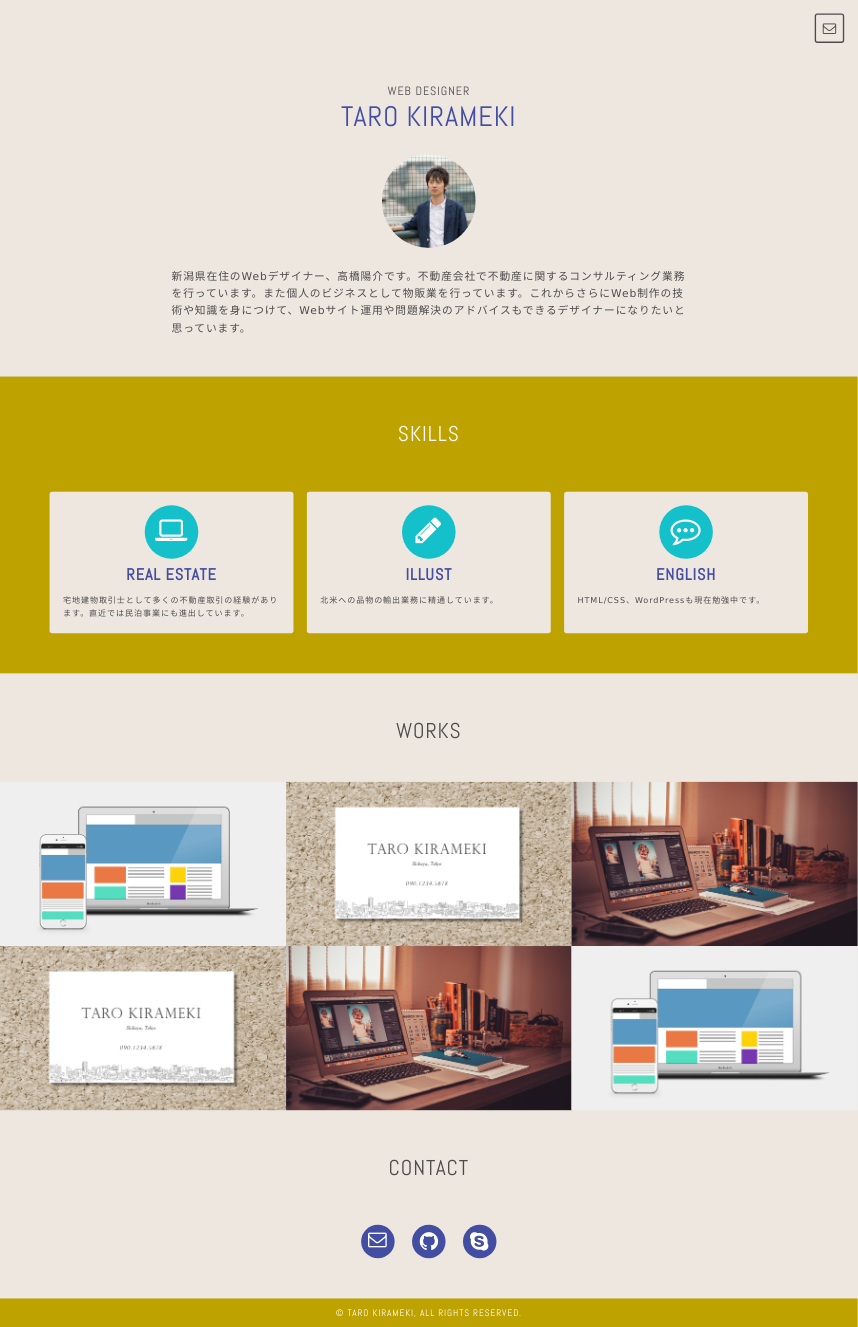
Repository: ysktkhs/responsive-site
Page: environment/portfolio/index.html
The author's editor kept a record of every edit. The page is drawn from the files as they stood at one moment, then again after the next edit.
The browser window is 1280 px wide. The pictures show the whole page, at 67% of full size.
Some web libraries are served in a nearby version.

Above is the page before.

### environment/portfolio/index.html
<!DOCTYPE html>
<html lang="ja">

<head>
    <meta charset="utf-8">
    <title>Web Designer - Yosuke Takahashi</title>
    <meta name="description" content="Webデザイナー 高橋陽介のポートフォリオサイトです。東京を中心に活動しています。">
    <meta name="keywords" content="Web, デザイン, デザイナー, ポートフォリオ, Web制作">
    <link rel="stylesheet" href="https://cdnjs.cloudflare.com/ajax/libs/meyer-reset/2.0/reset.css">
    <link rel="stylesheet" href="./css/style.css">
    <link rel="stylesheet" href="https://maxcdn.bootstrapcdn.com/font-awesome/4.7.0/css/font-awesome.min.css">
</head>

<body>
    <header>
        <a href="#contact" class="button-contact"><i class="fa fa-envelope-o" aria-label="お問い合わせ"></i></a>
        <div class="profile">
            <h1 class="site-title abel uppercase text-center">Web Designer <span>Taro Kirameki</span></h1>
            <img src="./images/img_profile.jpg" alt="プロフィール写真" width="140" height="140" class="block-center profile-icon">

            <p>新潟県在住のWebデザイナー、高橋陽介です。不動産会社で不動産に関するコンサルティング業務を行っています。また個人のビジネスとして物販業を行っています。これからさらにWeb制作の技術や知識を身につけて、Webサイト運用や問題解決のアドバイスもできるデザイナーになりたいと思っています。</p>
        </div>
    </header>
    <main>
        <section id="skills">
            <h2 class="text-center">Skills</h2>
            <div class="container">
                <div class="skill-box">
                    <i aria-hidden="true" class="skill-icon fa fa-laptop"></i>
                    <h3 class="text-center">Real Estate</h3>
                    <p>宅地建物取引士として多くの不動産取引の経験があります。直近では民泊事業にも進出しています。</p>
                </div>
                <div class="skill-box">
                    <i aria-hidden="true" class="skill-icon fa fa-pencil"></i>
                    <h3 class="text-center">Illust</h3>
                    <p>北米への品物の輸出業務に精通しています。</p>
                </div>
                <div class="skill-box">
                    <i aria-hidden="true" class="skill-icon fa fa-commenting-o"></i>
                    <h3 class="text-center">English</h3>
                    <p>HTML/CSS、WordPressも現在勉強中です。</p>
                </div>

            </div>
        </section>
        <section id="works">
            <h2 class="text-center">Works</h2>
            <div class="works-box">
                <a href="#">
                <img src="./images/img_work_site.png" alt="株式会社きらめき コーポレートサイト様 Webサイトデザイン">
                <div class="works-box-inner">
                    <div class="text-center">
                        <h3>株式会社きらめき コーポレートサイト</h3>
                        <small>2016.04.20</small>
                        <span class="button-readmore">Read More</span>
                    </div>
                </div>
            </a>
            </div>
            <div class="works-box">
                <a href="#">
                <img src="./images/img_work_card.jpg" alt="きらめき太郎様 名刺デザイン">
                <div class="works-box-inner">
                    <div class="text-center">
                        <h3>きらめき太郎様 名刺</h3>
                        <small>2016.04.20</small>
                        <span class="button-readmore">Read More</span>
                    </div>
                </div>
            </a>
            </div>
            <div class="works-box">
                <a href="#">
                <img src="./images/img_work_blog.jpg" alt="WordPressオリジナルテーマ">
                <div class="works-box-inner">
                    <div class="text-center">
                        <h3>ブログデザイン</h3>
                        <small>2016.04.20</small>
                        <span class="button-readmore">Read More</span>
                    </div>
                </div>
            </a>
            </div>
            <div class="works-box">
                <a href="#">
                <img src="./images/img_work_card.jpg" alt="きらめき太郎様 名刺デザイン">
                <div class="works-box-inner">
                    <div class="text-center">
                        <h3>きらめき太郎様 名刺</h3>
                        <small>2016.04.20</small>
                        <span class="button-readmore">Read More</span>
                    </div>
                </div>
            </a>
            </div>
            <div class="works-box">
                <a href="#">
                <img src="./images/img_work_blog.jpg" alt="WordPressオリジナルテーマ">
                <div class="works-box-inner">
                    <div class="text-center">
                        <h3>ブログデザイン</h3>
                        <small>2016.04.20</small>
                        <span class="button-readmore">Read More</span>
                    </div>
                </div>
            </a>
            </div>
            <div class="works-box">
                <a href="#">
                <img src="./images/img_work_site.png" alt="株式会社きらめき コーポレートサイト様 Webサイトデザイン">
                <div class="works-box-inner">
                    <div class="text-center">
                        <h3>株式会社きらめき コーポレートサイト</h3>
                        <small>2016.04.20</small>
                        <span class="button-readmore">Read More</span>
                    </div>
                </div>
            </a>
            </div>

        </section>
        <section id="contact">
            <h2 class="text-center">Contact</h2>
            <ul>
          <li><a href="mailto:xxx@techacademy.jp"><i aria-label="メール" class="fa fa-envelope-o"></i></a></li>
          <li class="github"><a href="#"><i aria-label="GitHub" class="fa fa-github"></i></a></li>
          <li class="skype"><a href="#"><i aria-label="Skype" class="fa fa-skype"></i></a></li>
        </ul>
        </section>
    </main>
    <footer>
         <small class="text-center abel uppercase">&copy; Taro Kirameki, All Rights Reserved.</small>
    </footer>
</body>

</html>

### environment/portfolio/css/style.css
/* 文字コードの指定
------------------------------------------------------------*/
@charset "UTF-8";

/* Google Fonts用のCSSを読み込み
------------------------------------------------------------*/
@import 'https://fonts.googleapis.com/css?family=Abel';
body {
    font-family: 'Abel', sans-serif;
}
html
{
    font-size: 62.5%; /* ベースとなるフォントサイズの定義 */
}

body
{
    font-family: '游ゴシック', YuGothic, 'メイリオ', Verdana, 'Hiragino Kaku Gothic ProN', Meiryo, sans-serif; /* フォントの種類 */
    font-size: 1.4rem; /* フォントサイズ */
    line-height: 1.6; /* 行間 */

    letter-spacing: .1em;　/* 文字間隔 */

    color: #4c4c4c; /* 文字色 */
    background-color: #eee7e0; /* 背景色 */
}
html /* root */
{
    font-size: 62.5%; /* =10px =100% */
}

body {
 /* すべて14px
------------------------------------------------------------*/
    font-size: 14px;
    font-size: 140%;
    font-size: 1.4em;
    font-size: 1.4rem;
}

h1 {
    font-size: 20px; /* そのまま20px */
    font-size: 200%; /* 親要素bodyの14pxを基準に200% =28px */
    font-size: 2em; /* 親要素bodyの14pxを基準に2倍 =28px */
    font-size: 2rem; /* rootの10pxを基準に2倍 =20px */
}

div {
    font-size: 12px; /* そのまま12px */
    font-size: 120%; /* 親要素bodyの14pxを基準に120% =16.8px(約17px) */
    font-size: 1.2em; /* 親要素bodyの14pxを基準に1.2倍 =16.8px(約17px) */
    font-size: 1.2rem; /* rootの10pxを基準に1.2倍 =12px */
}
div p {
    font-size: 12px; /* そのまま12px */
    font-size: 120%; /* 親要素divの17pxを基準に120% =20.4px(約20px) */
    font-size: 1.2em; /* 親要素divの17pxを基準に1.2倍 =20.4px(約20px) */
    font-size: 1.2rem; /* rootの10pxを基準に1.2倍 =12px */
}
body {
    color: #4c4c4c; /* 文字色 */
    background-color: #eee7e0; /* 背景色 */
}
.button-contact
{
    font-size: 20px; /* フォントサイズ */
    line-height: 0; /* 行の高さ */

    display: block; /* ブロック要素のように扱う */
    float: right; /* 要素を右寄せ */

    width: 20px; /* 幅 */
    height: 20px; /* 高さ */
    margin: 20px 20px 0 0; /* 要素の外側の余白 */
    padding: 10px; /* 要素の内側の余白 */

    text-align: center; /* テキストの中央寄せ */

    color: #4c4c4c; /* 文字色 */
    border: 2px solid #4c4c4c; /* ボーダー */
    -webkit-border-radius: 4px; /* 角丸 */
       -moz-border-radius: 4px;
            border-radius: 4px;
}
.uppercase,
section h2,
#skills h3,
#works .works-box a .works-box-inner .button-readmore
{
    text-transform: uppercase;
}
.text-center {
    text-align: center;
}
.abel {
    font-family: 'Abel', sans-serif; /* Google Fontsの指定 */
}


header .profile
{
    clear: both; /* 上のメールボタンのfloatを解除 */

    width: 60%;
    margin: 0 auto; /* ボックスを中央寄せ */
    padding: 60px 0;
}
header .site-title
{
    font-size: 1.8rem;
    line-height: normal;
}
header .site-title span
{
    font-size: 4.2rem;

    display: block;

    color: #434da2;
}
.block-center {
    display: block;
    margin-left: auto;
    margin-right: auto;
}


header .profile-icon
{
    margin: 30px auto;

    -webkit-border-radius: 50%;
       -moz-border-radius: 50%;
            border-radius: 50%;
}
header p
{
    font-size: 1.6rem;
}
section
{
    padding: 60px 0; /* section要素の余白を上下60pxで揃える */
}
section .container
{
    width: 90%; /* sectionの中のインナーボックスをウィンドウ幅に対して90%に */
}
section h2
{
    font-size: 3.2rem;/* section要素見出しを32pxで揃える */
}
.block-center,
section .container
{
    display: block;

    margin-right: auto;
    margin-left: auto;
}

.abel,
section h2
{
    font-family: 'Abel', sans-serif;
}

.uppercase,
section h2
{
    text-transform: uppercase;
}
#skills
{
    background-color: #bea300;
}
#skills .container
{
    display: -webkit-flex;
    display:         flex;

    justify-content: space-between;
}
#skills h2
{
    margin-bottom: 60px;
    color: #fdfcf6;
}
#skills .skill-box
{
    -webkit-box-sizing: border-box;
       -moz-box-sizing: border-box;
            box-sizing: border-box;
    -webkit-flex: 1;
            flex: 1;
    margin: 0px 10px;
    padding: 20px;

    -webkit-border-radius: 4px;
       -moz-border-radius: 4px;
            border-radius: 4px;
    background-color: #eee7e0;
}
#skills i
{
    font-size: 4.5rem;

    -webkit-box-sizing: border-box;
       -moz-box-sizing: border-box;
            box-sizing: border-box;
    width: 80px;
    height: 80px;
    margin-bottom: 5px;
    padding-top: 15px;

    text-align: center;

    color: #fff;
    -webkit-border-radius: 50%;
       -moz-border-radius: 50%;
            border-radius: 50%;
    background-color: #14c0c9;
}
#skills h3
{
    font-size: 2.4rem;
    font-weight: bold;

    margin-bottom: 10px;

    color: #434da2;
}
.block-center,
section .container,
#skills i
{
    display: block;

    margin-right: auto;
    margin-left: auto;
}
#works
{
    padding-bottom: 0;
}

#works h2
{
    margin-bottom: 50px;
}

#works .works-box
{
    float: left;

    width: 33.33333%;
    height: 100%;
}

#works::after
{
    display: block;
    clear: both;

    content: '';
}
#works .works-box a
{
    position: relative;

    display: block;
}
#works .works-box a .works-box-inner
{
    position: absolute;
    top: 0;
    left: 0;

    display: none;

    height: 100%;

    color: #fff;
    background-color: rgba(0, 0, 0, .7);
}
#works .works-box a .works-box-inner div
{
    position: absolute;
    top: 0;
    right: 0;
    bottom: 0;
    left: 0;

    height: 40%;
    margin: auto;
    padding: 10px 20px;
}
#works .works-box a .works-box-inner h3
{
    font-size: 1.6rem;
    font-weight: bold;

    margin: 0 0 5px;
}
#works .works-box a .works-box-inner small
{
    font-size: 1rem;

    display: block;

    margin-bottom: 15px;
}
#works .works-box a .works-box-inner .button-readmore
{
    font-size: 1rem;
    font-weight: bold;

    display: block;

    width: 180px;
    margin: auto;
    padding: 5px 0;

    text-align: center;

    color: #fff;
    -webkit-border-radius: 4px;
       -moz-border-radius: 4px;
            border-radius: 4px;
    background-color: #14c0c9;
}
#works .works-box img
{
    display: block;

    max-width: 100%;
}
.abel,
section h2,
#skills h3,
#works .works-box a .works-box-inner .button-readmore
{
    font-family: 'Abel', sans-serif;
}

.uppercase,
section h2,
#skills h3,
#works .works-box a .works-box-inner .button-readmore
{
    text-transform: uppercase;
}
#works .works-box a:hover .works-box-inner
{
    display: block;

    width: 100%;
}

#works .works-box a .works-box-inner .button-readmore:hover
{
    background-color: #0f949b;
}
#contact ul
{
    margin-top: 60px;

    text-align: center;
}
#contact ul li
{
    font-size: 2.8rem;

    display: inline-block;

    -webkit-box-sizing: border-box;
       -moz-box-sizing: border-box;
            box-sizing: border-box;
    margin-right: 20px;

    text-align: center;
    vertical-align: top;
}
#contact ul li:last-child
{
    margin-right: 0;
}
#contact ul .github,
#contact ul .skype
{
    font-size: 3.2rem;
}
#contact ul .github i
{
    margin-left: 2px;
}
#contact ul a
{
    display: block;

    width: 50px;
    height: 50px;

    color: #fff;
    -webkit-border-radius: 50%;
       -moz-border-radius: 50%;
            border-radius: 50%;
    background-color: #434da2;
}
#contact ul a:hover
{
    background-color: #434da2;
}
footer
{
    padding: 10px 0;

    text-align: center;

    color: #fff;
    background-color: #bea300;
}

After the next edit:
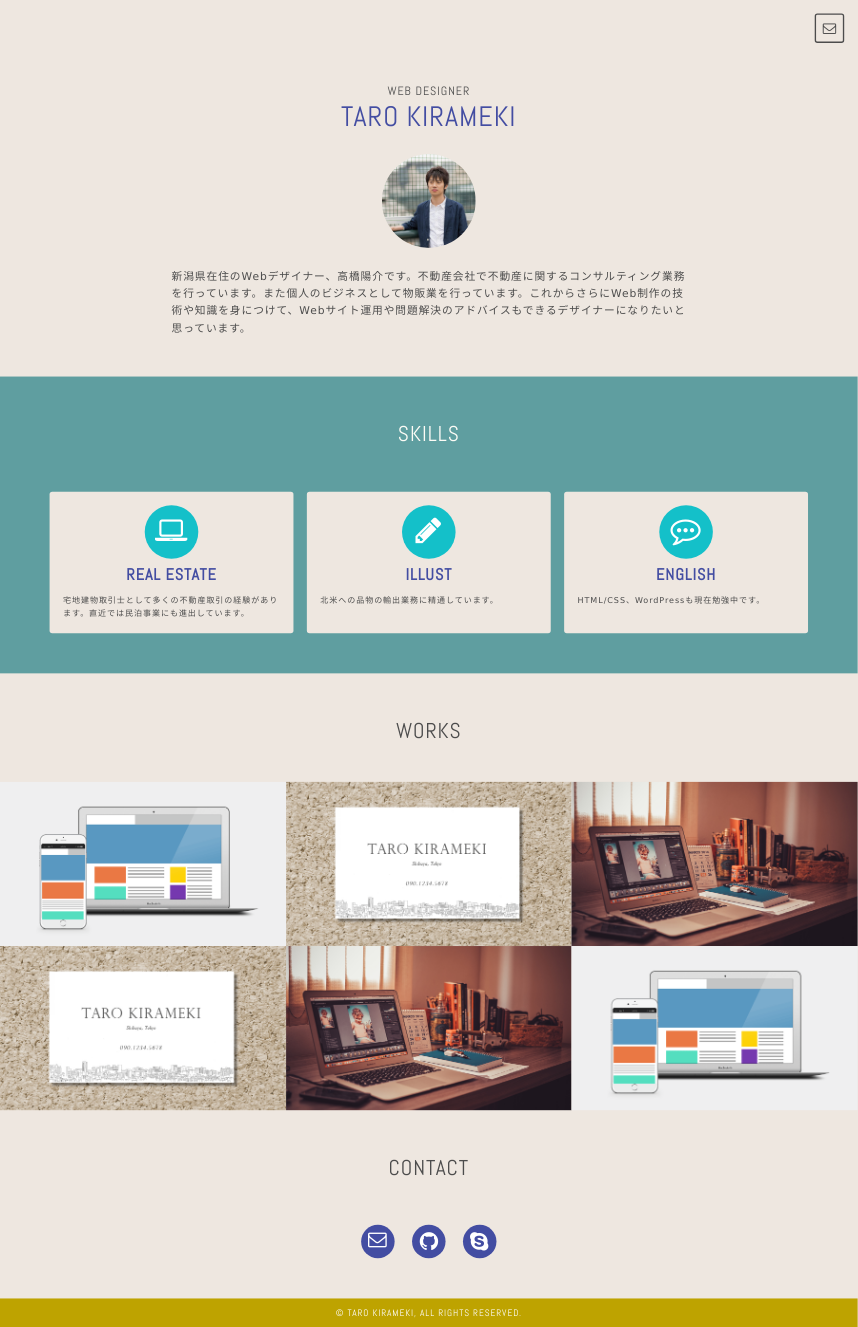
The edit:
--- a/environment/portfolio/css/style.css
+++ b/environment/portfolio/css/style.css
@@ -171,7 +171,7 @@
 }
 #skills
 {
-    background-color: #bea300;
+    background-color: #5f9ea0;
 }
 #skills .container
 {
